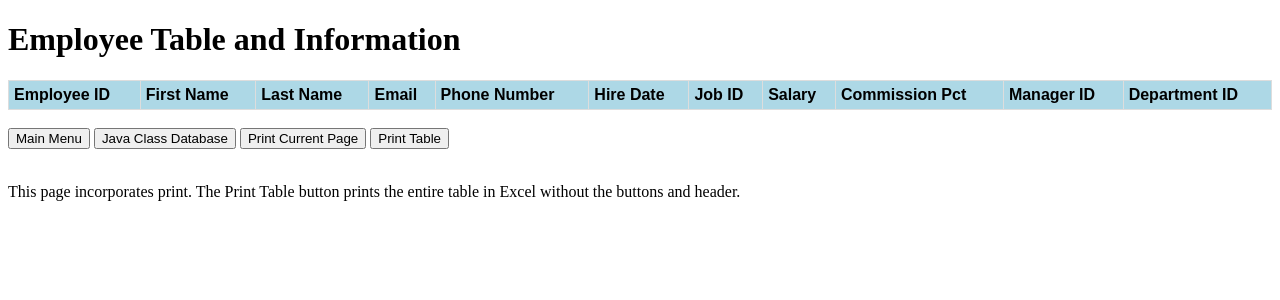
Repository: cohen-e/Demo_Project
Page: http://localhost/Demo_Project/Database.jsp
An editor plug-in stored every save of this project. The page is shown before and after the next save, followed by the edit.
The browser window is 1280 px wide. The pictures show the whole page.
The page is served by Tomcat 9. The session is filled in as if someone had signed in: {"user": "testuser", "id": 1}. Queries for data that is not in the repository find no rows.

Above is the page before, as saved 2018-07-02 14:26:24.

After the next save:
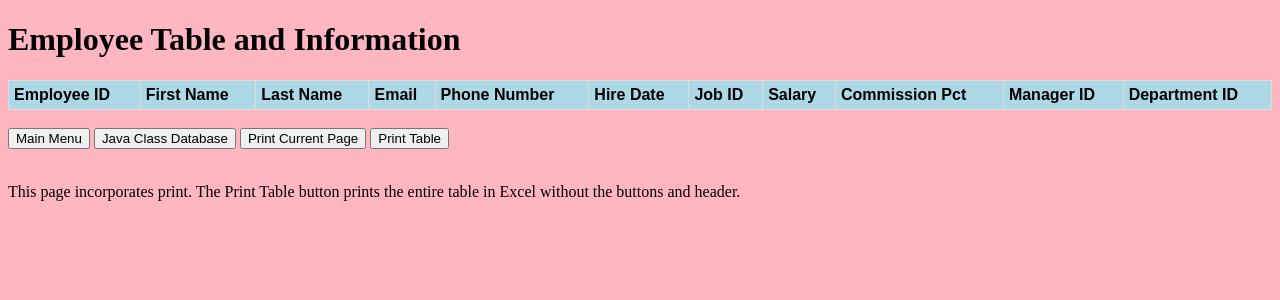
Saved 36 s later.
--- a/Demo_Project/WebContent/css/database.css
+++ b/Demo_Project/WebContent/css/database.css
@@ -1,3 +1,6 @@
+body {
+	background-color: lightpink;
+}
 table {
     font-family: arial;
     border-collapse: collapse;

After the 4 saves that followed:
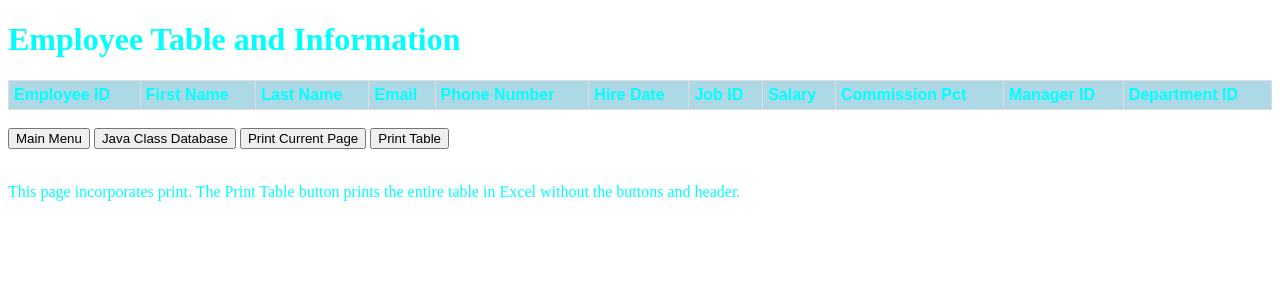
The 4 saves are shown as one change because 3 left the picture as it was.
The last was saved 83 s later.
--- a/Demo_Project/WebContent/css/database.css
+++ b/Demo_Project/WebContent/css/database.css
@@ -1,5 +1,5 @@
 body {
-	background-color: lightpink;
+	color: aqua;
 }
 table {
     font-family: arial;
